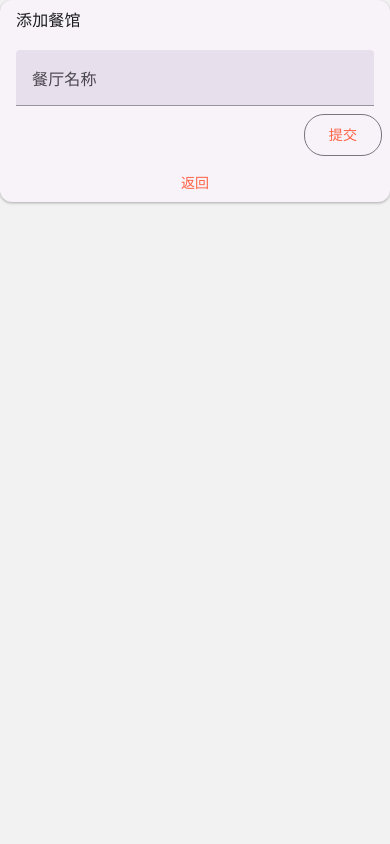
Repository: RidenShogunei/react-native-liveapp
Screen: /Add (app in LiveTool/)
An editor plug-in stored every save of this project. The screen is shown before and after the next save, followed by the edit.
The page's requests for data from a server got no answer. The app was drawn by React Native's web renderer in a window 390 px wide. The project was rebuilt for these pictures with package versions that can differ from the ones it lists, and the page was loaded fresh each time. No one was signed in, and anything a server would have sent is missing. Also part of the build but not shown: LiveTool/pages/chooseRestaurant.tsx.

Above is the screen before, as saved 2024-05-12 15:40:06.

After the next save:
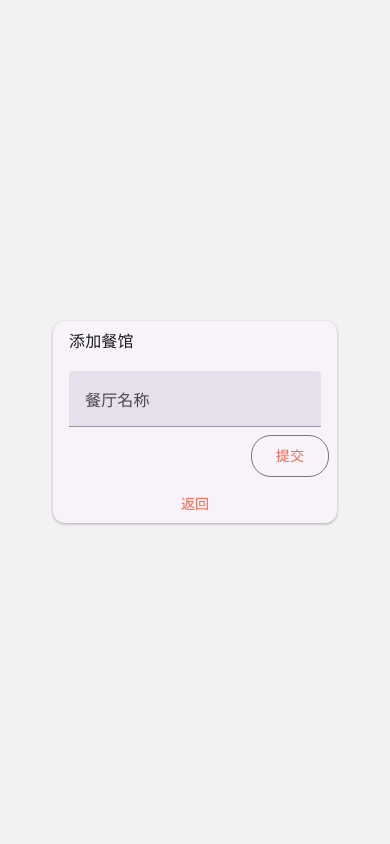
Saved 82 s later.
--- a/LiveTool/pages/add.tsx
+++ b/LiveTool/pages/add.tsx
@@ -1,4 +1,5 @@
 import React, { useState } from 'react';
+import { View, Alert } from 'react-native';
 import { Card, Button, TextInput } from 'react-native-paper';
 import { addRestaurant } from '../api/getres'; // 引入你的api
 
@@ -10,26 +11,30 @@ function AddRestaurant({ navigation }) {
       await addRestaurant(name);
       // 清除输入框的内容
       setName('');
+      // 提示成功信息
+      Alert.alert('成功', '成功添加餐厅！');
     } catch (error) {
       console.error(error);
     }
   }
 
   return (
-    <Card>
-      <Card.Title title="添加餐馆" />
-      <Card.Content>
-        <TextInput
-          label="餐厅名称"
-          value={name}
-          onChangeText={setName}
-        />
-      </Card.Content>
-      <Card.Actions>
-        <Button onPress={handleSubmit}>提交</Button>
-      </Card.Actions>
-      <Button onPress={() => navigation.navigate('Main')}>返回</Button>
-    </Card>
+    <View style={{ flex: 1, justifyContent: 'center', alignItems: 'center' }}>
+      <Card>
+        <Card.Title title="添加餐馆" />
+        <Card.Content>
+          <TextInput
+            label="餐厅名称"
+            value={name}
+            onChangeText={setName}
+          />
+        </Card.Content>
+        <Card.Actions>
+          <Button onPress={handleSubmit}>提交</Button>
+        </Card.Actions>
+        <Button onPress={() => navigation.navigate('Main')}>返回</Button>
+      </Card>
+    </View>
   )
 }
 
